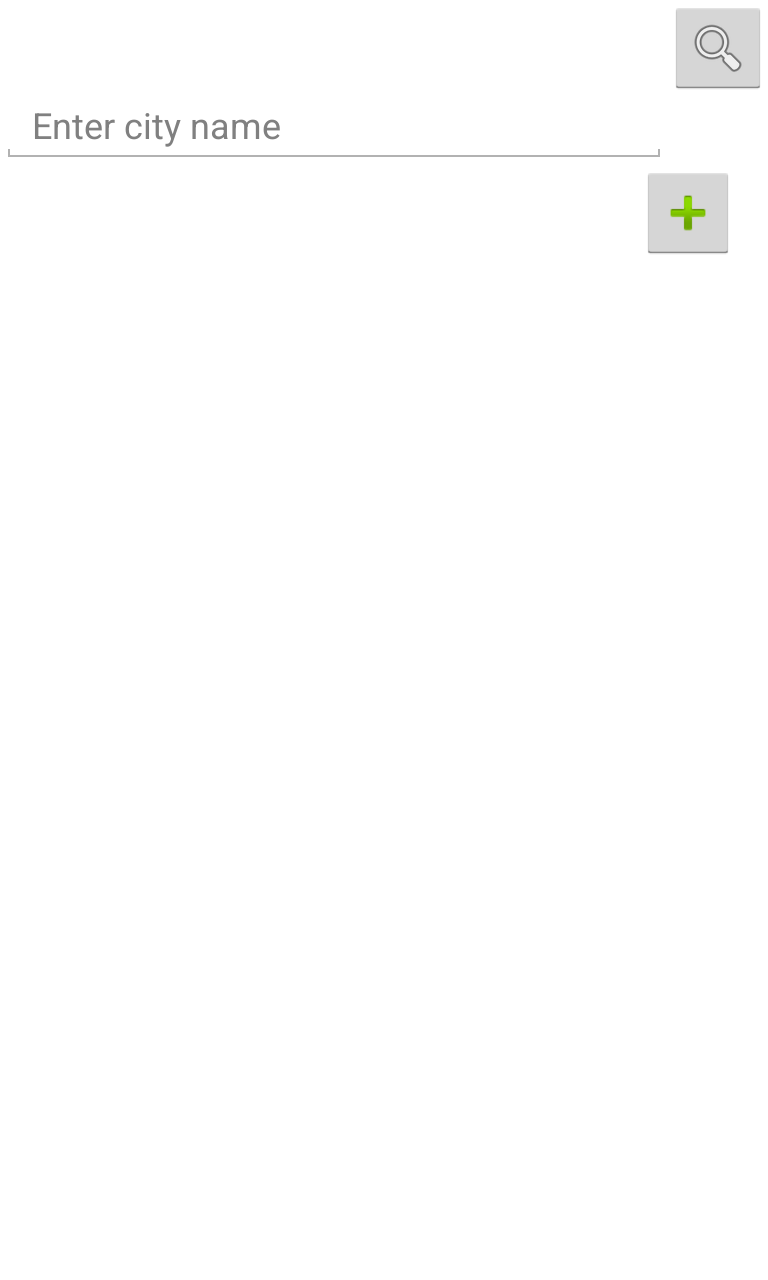
Repository: sandeshshetty/TravelZeus
Layout: TravelZeus/res/layout/fragment_home.xml
These files come from the project's save history. The layout is drawn as it stood at one moment and after the next save; the edit follows.
It is drawn on a 768 x 1280 px phone screen (xhdpi) without system bars, with theme AppTheme; the app's code is not run. The app's manifest (not shown) leaves right-to-left support off. So textAlignment, textDirection and layoutDirection are ignored, and left and right values win over start and end ones.

Above is the layout before, as saved 2015-05-16 11:26:20.

### TravelZeus/res/layout/fragment_home.xml
<?xml version="1.0" encoding="utf-8"?>
<LinearLayout xmlns:android="http://schemas.android.com/apk/res/android"
    android:layout_width="match_parent"
    android:layout_height="match_parent"
    android:orientation="vertical" >

    <LinearLayout
        android:layout_width="match_parent"
        android:layout_height="wrap_content"
        android:orientation="horizontal">

        <EditText
        	android:id="@+id/homeSearchBar"
        	android:paddingTop="50dp"
        	android:paddingLeft="16dp"
        	android:layout_width="match_parent"
        	android:layout_height="wrap_content"
        	android:hint="@string/home_search"
        	android:layout_weight="9" />

        <ImageButton
            android:src="@android:drawable/ic_menu_search"
            android:id="@+id/homeSearchButton"
            android:layout_width="wrap_content"
            android:layout_height="wrap_content"
            android:contentDescription="@string/search"
            android:layout_weight="1"
            />


    </LinearLayout>

    <ImageButton
        android:src="@android:drawable/ic_input_add"
        android:id="@+id/homeAddButton"
        android:layout_width="48dp"
        android:layout_height="48dp"
        android:layout_marginBottom="16dp"
        android:layout_marginEnd="16dp"
        android:layout_gravity="end|bottom"
        android:contentDescription="@string/add_new_place"/>

</LinearLayout>

### TravelZeus/res/values/strings.xml
<?xml version="1.0" encoding="utf-8"?>
<resources>

    <string name="app_name">Travel Zeus</string>
    <string name="hello_world">Hello world!</string>
    <string name="action_settings">Settings</string>
    <string name="home_search">Enter city name</string>
    <string name="search">Search</string>
    <string name="add_new_place">Add new place</string>

</resources>

Loaded but not shown: TravelZeus/res/values/styles.xml (common file); TravelZeus/res/values-v11/styles.xml (common file); TravelZeus/res/values-v14/styles.xml (common file)

After the next save:
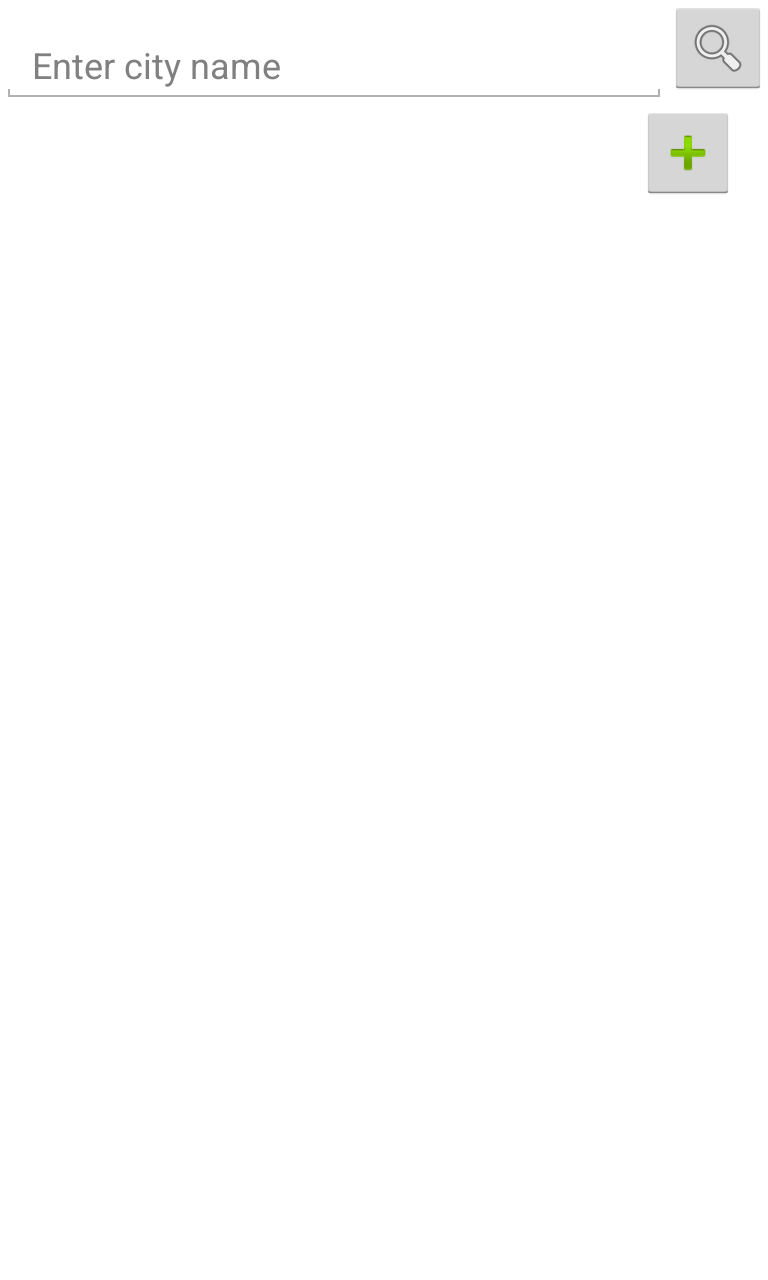
Saved 14 s later.
--- a/TravelZeus/res/layout/fragment_home.xml
+++ b/TravelZeus/res/layout/fragment_home.xml
@@ -11,7 +11,7 @@
 
         <EditText
         	android:id="@+id/homeSearchBar"
-        	android:paddingTop="50dp"
+        	android:paddingTop="20dp"
         	android:paddingLeft="16dp"
         	android:layout_width="match_parent"
         	android:layout_height="wrap_content"
